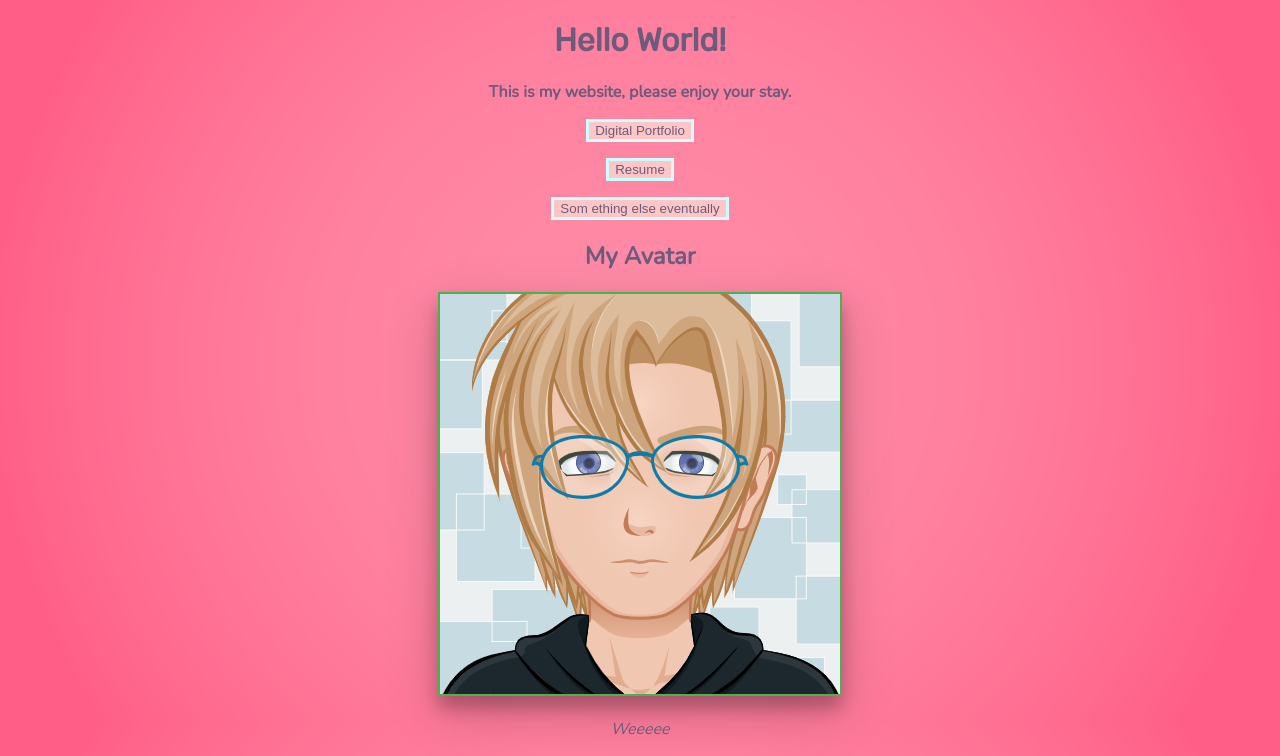
Repository: Ivyeomnky/Ivyeomnky.github.io
Page: index.html
The author's editor kept a record of every edit. The page is drawn from the files as they stood at one moment, then again after the next edit.
The browser window is 1280 px wide. The pictures show the whole page.
Backgrounds fixed to the window are drawn as part of the page.

Above is the page before.

After the next edit:
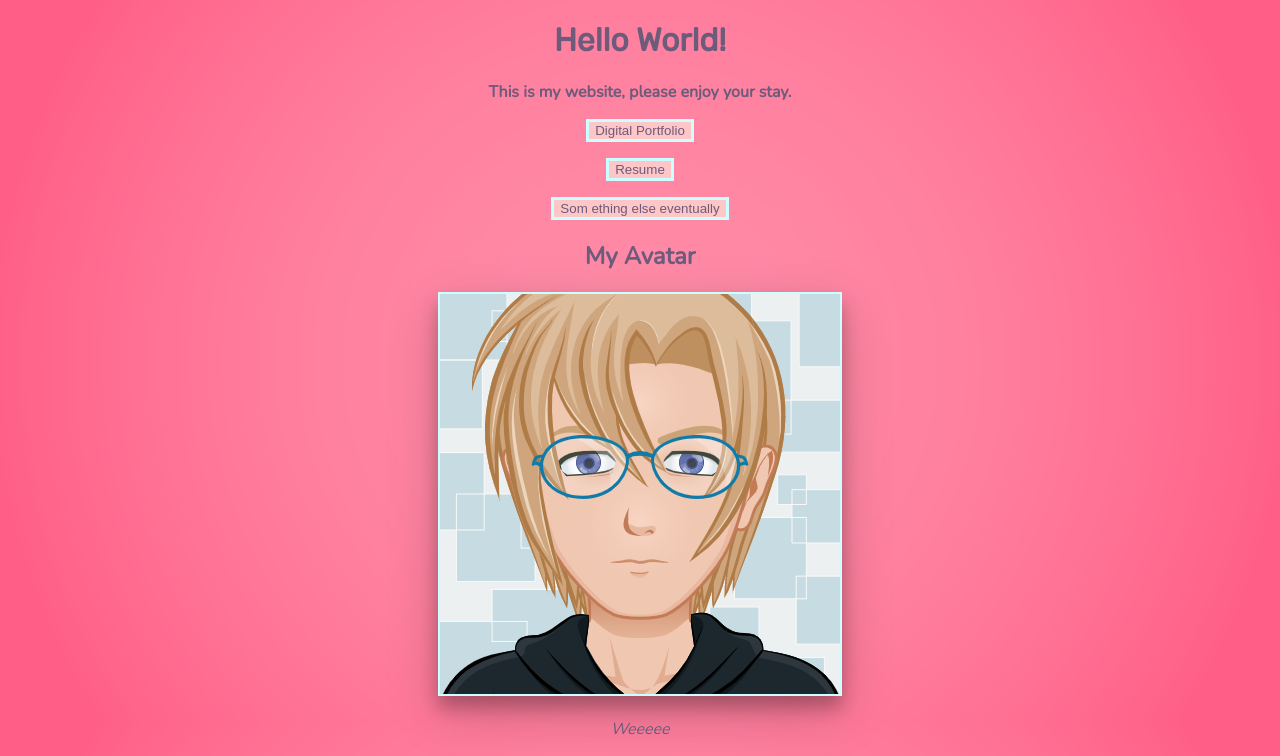
The edit:
--- a/css.css
+++ b/css.css
@@ -23,7 +23,7 @@
   box-shadow:0 12px 16px 0 rgba(0,0,0,0.24), 0 17px 50px 0 rgba(0,0,0,0.19);
 }
 img{
-    border: 2px solid #4CAF50; /* Green */
+    border: 2px solid #ccffff;
     box-shadow:0 12px 16px 0 rgba(0,0,0,0.24), 0 17px 50px 0 rgba(0,0,0,0.19);
 }
 iframe{
